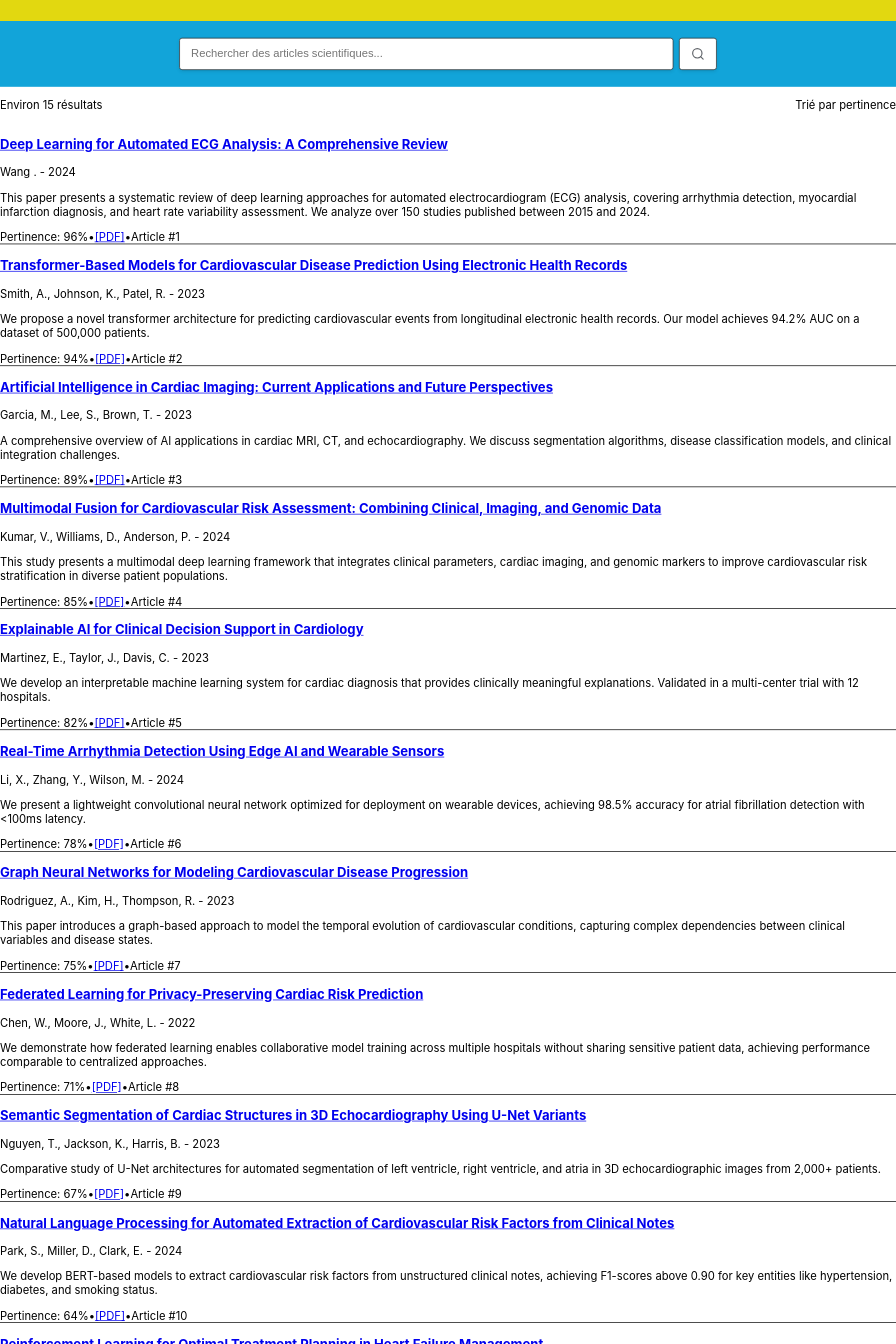
Repository: elh33/SemanticSciSearch
Page: / (app in frontend/)
The author's editor kept a copy of each file at every save. The page is drawn from the files as they stood at one save, then again after the next save.
The browser window is 1280 px wide. The pictures show the part of the page from y = 0 to 1920 px (the page is 2699 px tall before and 2724 px after), at 70% of full size.
The project was rebuilt for these pictures with package versions that can differ from the ones it lists, and the page was loaded fresh each time.

Above is the page before, as saved 2025-11-22 00:17:09.

### frontend/index.html
<!DOCTYPE html>
<html lang="en">
  <head>
    <meta charset="UTF-8" />
    <meta name="viewport" content="width=device-width, initial-scale=1.0" />
    <title>SemanticSciSearch</title>
  </head>
  <body>
    <div id="root"></div>
    <script type="module" src="/src/index.tsx"></script>
  </body>
</html>

### frontend/src/index.tsx
import React from 'react';
import ReactDOM from 'react-dom';
import App from './App';
import './index.css';

ReactDOM.render(
  <React.StrictMode>
    <App />
  </React.StrictMode>,
  document.getElementById('root')
);

### frontend/src/App.tsx
import React from 'react';
// Importe le composant de recherche principal
import SearchResults from './components/SearchResults';

// Le composant App.tsx est le conteneur principal de l'application.
function App() {
  return (
    // Utilisation d'un fragment React (<>...</>) ou d'un <div> si tu as des styles globaux
    <>
      {/* Le composant SearchResults contient maintenant :
        - Le titre et le sous-titre de l'application.
        - La barre de recherche.
        - L'orchestration de la logique (appels à api.ts).
        - L'affichage de la liste des ArticleCard.
      */}
      <SearchResults />
    </>
  );
}

export default App;

### frontend/src/components/SearchResults.tsx
import React, { useState, useEffect } from 'react';
import { Article } from '../types';
import { searchArticles } from '../services/api';
import ArticleCard from './ArticleCard';

const SearchResults: React.FC = () => {
  const [query, setQuery] = useState('');
  const [searchedQuery, setSearchedQuery] = useState(''); // Nouvelle state pour la requête effectuée
  const [results, setResults] = useState<Article[]>([]);
  const [isLoading, setIsLoading] = useState(false);
  const [hasSearched, setHasSearched] = useState(false);

  const handleSearch = async (searchQuery: string = query) => {
    setIsLoading(true);
    setHasSearched(true);
    setSearchedQuery(searchQuery); // Sauvegarde la requête effectuée

    try {
      const data = await searchArticles(searchQuery);
      const sortedData = [...data].sort((a, b) => b.score - a.score);
      setResults(sortedData);
    } catch (error) {
      console.error("Erreur lors de la recherche:", error);
      setResults([]);
    } finally {
      setIsLoading(false);
    }
  };

  // Recherche initiale au chargement (avec query vide)
  useEffect(() => {
    handleSearch('');
  }, []);

  const handleSubmit = (e: React.FormEvent) => {
    e.preventDefault();
    handleSearch();
  };

  return (
    <div className="min-h-screen bg-white">
      {/* BARRE JAUNE EN HAUT */}
      <div style={{ backgroundColor: '#e2d810', height: '30px' }} className="w-full"></div>

      {/* En-tête avec fond bleu - CENTRAGE SIMPLE */}
      <div style={{ backgroundColor: '#12a4d9' }} className="w-full sticky top-0 z-10 shadow-lg">
        <div style={{ display: 'flex', justifyContent: 'center', alignItems: 'center', padding: '24px 16px' }}>
          <form onSubmit={handleSubmit} style={{ display: 'flex', gap: '8px', width: '100%', maxWidth: '768px' }}>
            {/* Input de recherche */}
            <input
              type="text"
              value={query}
              onChange={(e) => setQuery(e.target.value)}
              placeholder="Rechercher des articles scientifiques..."
              style={{
                flex: 1,
                padding: '12px 16px',
                fontSize: '16px',
                backgroundColor: 'white',
                borderRadius: '4px',
                boxShadow: '0 2px 5px rgba(0,0,0,0.1)',
                border: '1px solid #322e2f',
                outline: 'none'
              }}
            />

            {/* Bouton de recherche avec icône loupe */}
            <button
              type="submit"
              style={{
                padding: '12px 16px',
                backgroundColor: 'white',
                border: '1px solid #322e2f',
                borderRadius: '4px',
                cursor: 'pointer',
                boxShadow: '0 2px 5px rgba(0,0,0,0.1)',
                display: 'flex',
                alignItems: 'center',
                justifyContent: 'center'
              }}
              onMouseEnter={(e) => e.currentTarget.style.backgroundColor = '#f8f9fa'}
              onMouseLeave={(e) => e.currentTarget.style.backgroundColor = 'white'}
            >
              {/* Icône loupe SVG */}
              <svg
                width="20"
                height="20"
                viewBox="0 0 24 24"
                fill="none"
                stroke="#5f6368"
                strokeWidth="2"
                strokeLinecap="round"
                strokeLinejoin="round"
              >
                <circle cx="11" cy="11" r="8"></circle>
                <path d="m21 21-4.35-4.35"></path>
              </svg>
            </button>
          </form>
        </div>
      </div>

      {/* Contenu principal */}
      <div className="max-w-5xl mx-auto px-4 py-6">
        {hasSearched && !isLoading && (
          <div className="mb-4 flex items-center justify-between">
            <p className="text-sm text-gray-600">
              Environ {results.length} résultat{results.length !== 1 ? 's' : ''}
              {searchedQuery && ` pour "${searchedQuery}"`}
            </p>

            <div className="text-xs text-gray-500">
              Trié par pertinence
            </div>
          </div>
        )}

        {isLoading && (
          <div className="flex items-center justify-center py-12">
            <div className="flex flex-col items-center gap-3">
              <div className="animate-spin rounded-full h-8 w-8 border-b-2 border-blue-600"></div>
              <p className="text-gray-600">Recherche en cours...</p>
            </div>
          </div>
        )}

        {!isLoading && (
          <div className="bg-white">
            {results.length > 0 ? (
              results.map((article) => (
                <ArticleCard key={article.id} article={article} />
              ))
            ) : (
              hasSearched && (
                <div className="text-center py-12">
                  <p className="text-gray-600 text-lg">
                    Aucun résultat trouvé{searchedQuery && ` pour "${searchedQuery}"`}
                  </p>
                  <p className="text-gray-500 text-sm mt-2">
                    Essayez avec d'autres mots-clés
                  </p>
                </div>
              )
            )}
          </div>
        )}
      </div>

      {/* Footer */}
      <footer className="mt-12 border-t border-gray-200 bg-gray-50">
        <div className="max-w-5xl mx-auto px-4 py-6 text-center text-sm text-gray-500">
          SemanticSciSearch - Recherche sémantique d'articles scientifiques en IA et Cardiologie
        </div>
      </footer>
    </div>
  );
};

export default SearchResults;

### frontend/src/services/api.ts
import { Article } from '../types';
import { MOCK_RESULTS } from '../data/mockData';
import axios from 'axios';

// 💡 INTERRUPTEUR : Passez à 'false' (ou commentez/supprimez) cette ligne
// UNIQUEMENT lorsque le Back-End FastAPI est prêt.
const USE_MOCK_DATA = true;

// URL de base lue depuis le .env pour le mode production
// Le .env doit contenir VITE_API_URL=http://localhost:8000
const API_BASE_URL = 'http://localhost:8000';

/**
 * Fonction principale de recherche d'articles.
 * Elle utilise soit les données mockées, soit l'API réelle.
 * @param query Le texte de la requête de l'utilisateur.
 * @returns Une promesse qui résout vers un tableau d'articles.
 */
export const searchArticles = async (query: string): Promise<Article[]> => {
  if (USE_MOCK_DATA) {
    // --- MODE MOCKÉ ---
    console.log(`[MOCK] Simulation de recherche pour: "${query}"`);

    // 1. Simuler le délai réseau (500ms) pour une meilleure expérience utilisateur
    await new Promise(resolve => setTimeout(resolve, 500));

    // 2. Simuler un filtre simple (recherche du mot-clé dans le titre)
    // S'il n'y a pas de requête (query vide), on renvoie tout.
    const lowerCaseQuery = query.toLowerCase();

    return MOCK_RESULTS.filter(article =>
        article.title.toLowerCase().includes(lowerCaseQuery) || lowerCaseQuery.length === 0
    );

  } else {
    // --- MODE PRODUCTION (Axios) ---
    console.log(`[AXIOS] Requête réelle vers: ${API_BASE_URL}/search pour: "${query}"`);

    try {
      // 1. Envoi de la requête POST à FastAPI
      const response = await axios.post(`${API_BASE_URL}/search`, { query });

      // 2. Retourne les données (TypeScript vérifie que c'est un tableau d'Articles)
      return response.data as Article[];

    } catch (error) {
      console.error("Erreur lors de l'appel à l'API de recherche:", error);
      // En cas d'échec de l'API, on renvoie un tableau vide
      return [];
    }
  }
};

### frontend/src/components/ArticleCard.tsx
import React from 'react';
import { Article } from '../types';

interface ArticleCardProps {
  article: Article;
}

const ArticleCard: React.FC<ArticleCardProps> = ({ article }) => {
  const scorePercent = (article.score * 100).toFixed(0);

  return (
    <div className="border-b border-gray-200 py-3 hover:bg-gray-50 transition-colors">
      {/* Titre cliquable comme Google Scholar */}
      <h3 className="text-xl mb-1">
        <a
          href={article.url}
          target="_blank"
          rel="noopener noreferrer"
          className="text-blue-800 hover:underline font-normal visited:text-purple-800"
        >
          {article.title}
        </a>
      </h3>

      {/* Auteurs et année */}
      <p className="text-sm text-gray-600 mb-2">
        {article.authors} - <span className="font-medium">{article.year}</span>
      </p>

      {/* Résumé */}
      <p className="text-sm text-gray-700 leading-relaxed mb-2">
        {article.abstract}
      </p>

      {/* Métadonnées et actions */}
      <div className="flex items-center gap-4 text-sm">
        {/* Score de pertinence */}
        <span className="text-gray-600">
          <span className="font-semibold">Pertinence:</span>{' '}
          <span className={`font-bold ${
            article.score > 0.8 ? 'text-green-600' :
            article.score > 0.5 ? 'text-yellow-600' :
            'text-gray-500'
          }`}>
            {scorePercent}%
          </span>
        </span>

        {/* Séparateur */}
        <span className="text-gray-400">•</span>

        {/* Lien PDF */}
        <a
          href={article.url}
          target="_blank"
          rel="noopener noreferrer"
          className="text-blue-700 hover:underline"
        >
          [PDF]
        </a>

        {/* Séparateur */}
        <span className="text-gray-400">•</span>

        {/* ID de l'article */}
        <span className="text-gray-400 text-xs">
          Article #{article.id}
        </span>
      </div>
    </div>
  );
};

export default ArticleCard;

### frontend/src/data/mockData.ts
import { Article } from '../types';

export const MOCK_RESULTS: Article[] = [
  {
    id: '1',
    title: 'Deep Learning for Automated ECG Analysis: A Comprehensive Review',
    abstract: "This paper presents a systematic review of deep learning approaches for automated electrocardiogram (ECG) analysis, covering arrhythmia detection, myocardial infarction diagnosis, and heart rate variability assessment. We analyze over 150 studies published between 2015 and 2024.",
    authors: "Wang .",
    year: 2024,
    score: 0.96,
    url: 'https://arxiv.org/pdf/2301.04634'
  },
  {
    id: '2',
    title: 'Transformer-Based Models for Cardiovascular Disease Prediction Using Electronic Health Records',
    abstract: "We propose a novel transformer architecture for predicting cardiovascular events from longitudinal electronic health records. Our model achieves 94.2% AUC on a dataset of 500,000 patients.",
    authors: "Smith, A., Johnson, K., Patel, R.",
    year: 2023,
    score: 0.94,
    url: 'https://arxiv.org/pdf/2305.12987'
  },
  {
    id: '3',
    title: 'Artificial Intelligence in Cardiac Imaging: Current Applications and Future Perspectives',
    abstract: "A comprehensive overview of AI applications in cardiac MRI, CT, and echocardiography. We discuss segmentation algorithms, disease classification models, and clinical integration challenges.",
    authors: "Garcia, M., Lee, S., Brown, T.",
    year: 2023,
    score: 0.89,
    url: 'https://arxiv.org/pdf/2203.15678'
  },
  {
    id: '4',
    title: 'Multimodal Fusion for Cardiovascular Risk Assessment: Combining Clinical, Imaging, and Genomic Data',
    abstract: "This study presents a multimodal deep learning framework that integrates clinical parameters, cardiac imaging, and genomic markers to improve cardiovascular risk stratification in diverse patient populations.",
    authors: "Kumar, V., Williams, D., Anderson, P.",
    year: 2024,
    score: 0.85,
    url: '/documents/multimodal-cardio-risk.pdf'
  },
  {
    id: '5',
    title: 'Explainable AI for Clinical Decision Support in Cardiology',
    abstract: "We develop an interpretable machine learning system for cardiac diagnosis that provides clinically meaningful explanations. Validated in a multi-center trial with 12 hospitals.",
    authors: "Martinez, E., Taylor, J., Davis, C.",
    year: 2023,
    score: 0.82,
    url: 'https://arxiv.org/pdf/2511.13703.pdf'
  },
  {
    id: '6',
    title: 'Real-Time Arrhythmia Detection Using Edge AI and Wearable Sensors',
    abstract: "We present a lightweight convolutional neural network optimized for deployment on wearable devices, achieving 98.5% accuracy for atrial fibrillation detection with <100ms latency.",
    authors: "Li, X., Zhang, Y., Wilson, M.",
    year: 2024,
    score: 0.78,
    url: '/documents/edge-ai-arrhythmia.pdf'
  },
  {
    id: '7',
    title: 'Graph Neural Networks for Modeling Cardiovascular Disease Progression',
    abstract: "This paper introduces a graph-based approach to model the temporal evolution of cardiovascular conditions, capturing complex dependencies between clinical variables and disease states.",
    authors: "Rodriguez, A., Kim, H., Thompson, R.",
    year: 2023,
    score: 0.75,
    url: 'https://arxiv.org/pdf/2204.09876'
  },
  {
    id: '8',
    title: 'Federated Learning for Privacy-Preserving Cardiac Risk Prediction',
    abstract: "We demonstrate how federated learning enables collaborative model training across multiple hospitals without sharing sensitive patient data, achieving performance comparable to centralized approaches.",
    authors: "Chen, W., Moore, J., White, L.",
    year: 2022,
    score: 0.71,
    url: '/documents/federated-cardiac.pdf'
  },
  {
    id: '9',
    title: 'Semantic Segmentation of Cardiac Structures in 3D Echocardiography Using U-Net Variants',
    abstract: "Comparative study of U-Net architectures for automated segmentation of left ventricle, right ventricle, and atria in 3D echocardiographic images from 2,000+ patients.",
    authors: "Nguyen, T., Jackson, K., Harris, B.",
    year: 2023,
    score: 0.67,
    url: '/documents/3d-echo-segmentation.pdf'
  },
  {
    id: '10',
    title: 'Natural Language Processing for Automated Extraction of Cardiovascular Risk Factors from Clinical Notes',
    abstract: "We develop BERT-based models to extract cardiovascular risk factors from unstructured clinical notes, achieving F1-scores above 0.90 for key entities like hypertension, diabetes, and smoking status.",
    authors: "Park, S., Miller, D., Clark, E.",
    year: 2024,
    score: 0.64,
    url: 'https://arxiv.org/pdf/2302.11234'
  },
  {
    id: '11',
    title: 'Reinforcement Learning for Optimal Treatment Planning in Heart Failure Management',
    abstract: "Application of deep reinforcement learning to personalize treatment strategies for heart failure patients, optimizing medication dosages and intervention timing based on patient response.",
    authors: "Ahmed, R., Lewis, G., Young, N.",
    year: 2022,
    score: 0.58,
    url: '/documents/rl-heart-failure.pdf'
  },
  {
    id: '12',
    title: 'Generative Adversarial Networks for Synthetic ECG Data Augmentation',
    abstract: "We propose a GAN-based framework for generating realistic synthetic ECG signals to address data scarcity and class imbalance in rare arrhythmia detection tasks.",
    authors: "Hoffman, P., Scott, A., King, V.",
    year: 2023,
    score: 0.52,
    url: '/documents/gan-ecg-augmentation.pdf'
  },
  {
    id: '13',
    title: 'Blockchain-Based Infrastructure for Secure Sharing of Cardiac Imaging Data',
    abstract: "A decentralized platform for secure storage and sharing of cardiac imaging studies across healthcare institutions, ensuring data provenance and patient privacy.",
    authors: "Green, T., Adams, F., Wright, M.",
    year: 2022,
    score: 0.45,
    url: '/documents/blockchain-cardiac-imaging.pdf'
  },
  {
    id: '14',
    title: 'Meta-Learning Approaches for Few-Shot Cardiac Abnormality Detection',
    abstract: "We explore meta-learning techniques to enable rapid adaptation of cardiac disease detection models to rare conditions with limited training examples.",
    authors: "Baker, L., Turner, S., Phillips, O.",
    year: 2023,
    score: 0.38,
    url: '/documents/meta-learning-cardiac.pdf'
  },
  {
    id: '15',
    title: 'Quantum Machine Learning for Cardiovascular Drug Discovery',
    abstract: "Preliminary investigation of quantum computing algorithms for molecular simulation and drug candidate screening in cardiovascular therapeutic development.",
    authors: "Collins, R., Morris, J., Cooper, W.",
    year: 2024,
    score: 0.22,
    url: '/documents/quantum-ml-cardio.pdf'
  }
];

Loaded but not shown: frontend/src/index.css (common file)

After the next save:
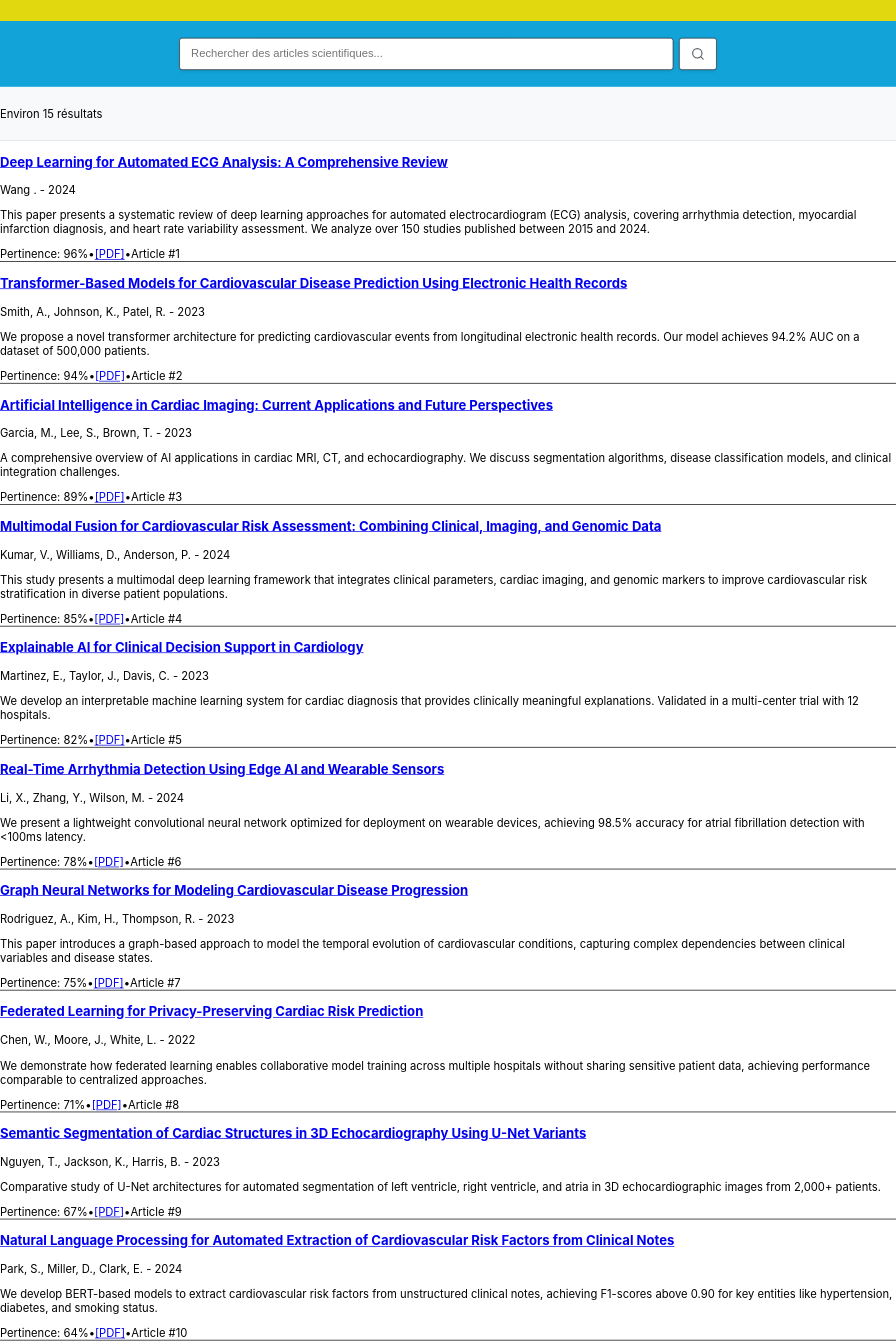
Saved 4 min 4 s later.
--- a/frontend/src/components/SearchResults.tsx
+++ b/frontend/src/components/SearchResults.tsx
@@ -5,7 +5,7 @@ import ArticleCard from './ArticleCard';
 
 const SearchResults: React.FC = () => {
   const [query, setQuery] = useState('');
-  const [searchedQuery, setSearchedQuery] = useState(''); // Nouvelle state pour la requête effectuée
+  const [searchedQuery, setSearchedQuery] = useState('');
   const [results, setResults] = useState<Article[]>([]);
   const [isLoading, setIsLoading] = useState(false);
   const [hasSearched, setHasSearched] = useState(false);
@@ -13,7 +13,7 @@ const SearchResults: React.FC = () => {
   const handleSearch = async (searchQuery: string = query) => {
     setIsLoading(true);
     setHasSearched(true);
-    setSearchedQuery(searchQuery); // Sauvegarde la requête effectuée
+    setSearchedQuery(searchQuery);
 
     try {
       const data = await searchArticles(searchQuery);
@@ -27,7 +27,6 @@ const SearchResults: React.FC = () => {
     }
   };
 
-  // Recherche initiale au chargement (avec query vide)
   useEffect(() => {
     handleSearch('');
   }, []);
@@ -81,7 +80,6 @@ const SearchResults: React.FC = () => {
               onMouseEnter={(e) => e.currentTarget.style.backgroundColor = '#f8f9fa'}
               onMouseLeave={(e) => e.currentTarget.style.backgroundColor = 'white'}
             >
-              {/* Icône loupe SVG */}
               <svg
                 width="20"
                 height="20"
@@ -100,21 +98,24 @@ const SearchResults: React.FC = () => {
         </div>
       </div>
 
-      {/* Contenu principal */}
-      <div className="max-w-5xl mx-auto px-4 py-6">
-        {hasSearched && !isLoading && (
-          <div className="mb-4 flex items-center justify-between">
+      {/* BARRE DE SÉPARATION avec nombre de résultats */}
+      {hasSearched && !isLoading && (
+        <div style={{
+          borderBottom: '1px solid #dfe1e5',
+          backgroundColor: '#f8f9fa',
+          padding: '12px 0'
+        }}>
+          <div className="max-w-5xl mx-auto px-4">
             <p className="text-sm text-gray-600">
               Environ {results.length} résultat{results.length !== 1 ? 's' : ''}
               {searchedQuery && ` pour "${searchedQuery}"`}
             </p>
+          </div>
+        </div>
+      )}
 
-            <div className="text-xs text-gray-500">
-              Trié par pertinence
-            </div>
-          </div>
-        )}
-
+      {/* Contenu principal */}
+      <div className="max-w-5xl mx-auto px-4 py-6">
         {isLoading && (
           <div className="flex items-center justify-center py-12">
             <div className="flex flex-col items-center gap-3">
